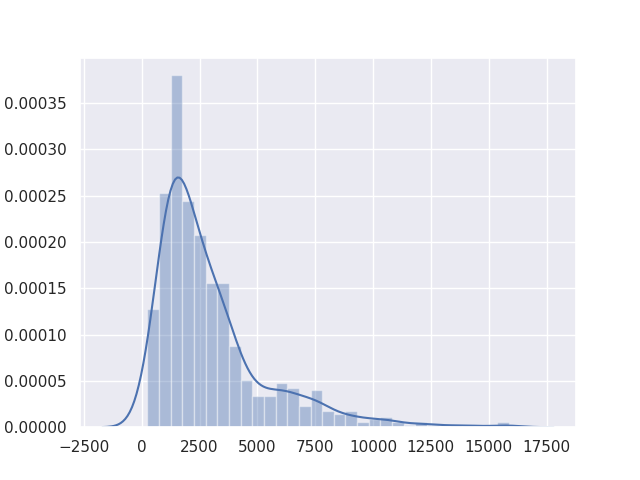
Repository: Suelt/Hust-SE-introduction-to-ML
Script's output: python Bayes Classification/Gaussian.py
These files come from the project's save history. The script's output is drawn as it stood at one moment and after the next save; the edit follows.
Random numbers start from a fixed seed.

Above is the script's output before, as saved 2021-04-28 11:15:19.

After the next save:
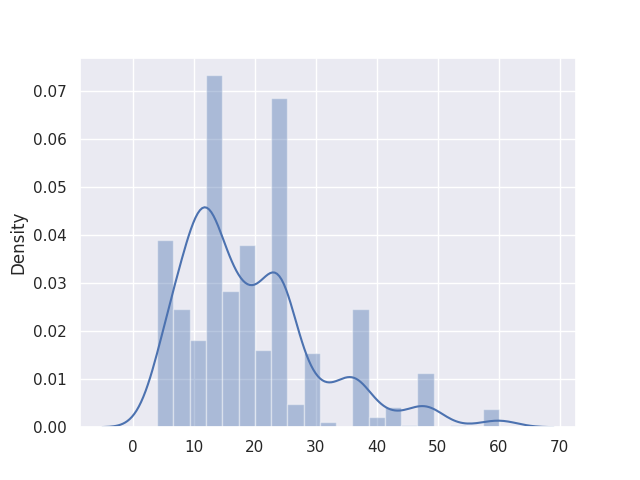
Saved 14 s later.
--- a/Bayes Classification/Gaussian.py
+++ b/Bayes Classification/Gaussian.py
@@ -48,6 +48,6 @@ for value in values:
 
 
 sns.set()
-x=list(df['amount'])
+x=list(df['duration'])
 sns.distplot(x)
 plt.show()
